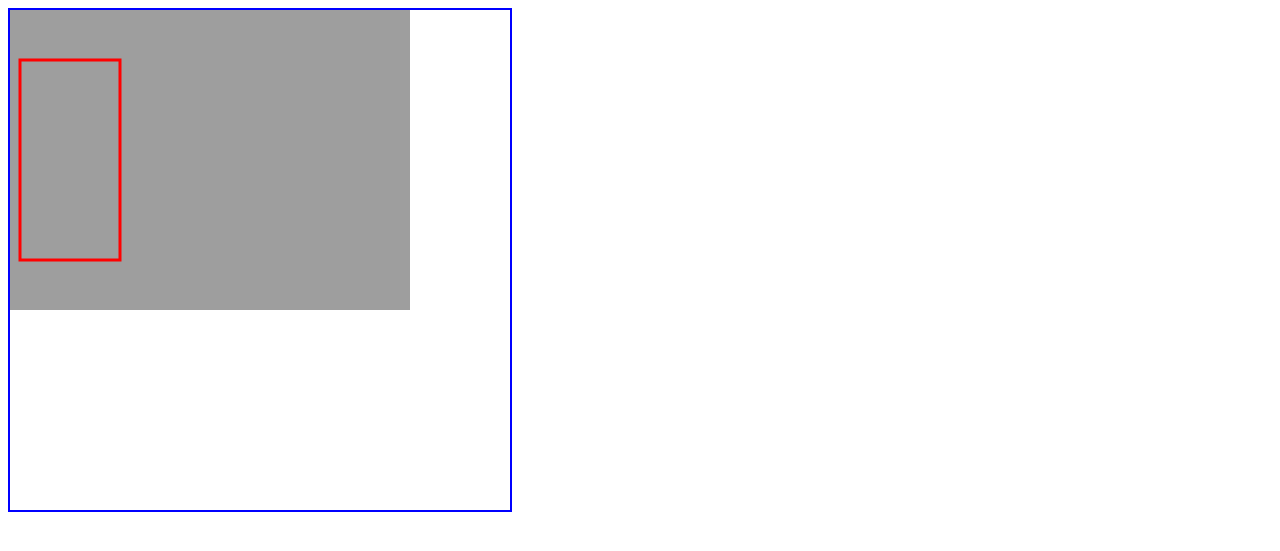
Repository: Backcoder-June/AI_Platform
Page: naverai/src/main/resources/static/cameratest.html
The author's editor kept a copy of each file at every save. The page is drawn from the files as they stood at one save, then again after the next save.
The browser window is 1280 px wide. The pictures show the whole page.

Above is the page before, as saved 2022-09-02 07:07:37.

### naverai/src/main/resources/static/cameratest.html
<!DOCTYPE html>
<html>
<head>
<meta charset="UTF-8">
<title>Insert title here</title>

<script src="js/jquery-3.6.0.min.js"></script>
<script>
$(document).ready(function(){
	var mycanvas = $("#mycanvas")[0];
	var mycontext = mycanvas.getContext("2d");

	var myimage = new Image();
	myimage.src = "http://localhost:8083/naverai/yuna1.png";
	myimage.onload = function(){
	mycontext.drawImage(myimage,0,0,myimage.width, myimage.height);
	mycontext.lineWidth = 3;
	mycontext.strokeStyle = "red";
	mycontext.strokeRect(10,50,100,200);
	}


});//ready

</script>


</head>
<body>

<canvas id="mycanvas" width=500 height=500 style="border:2px solid blue">
</canvas>


</body>
</html>

Loaded but not shown: naverai/src/main/resources/static/js/jquery-3.6.0.min.js (library)

After the next save:
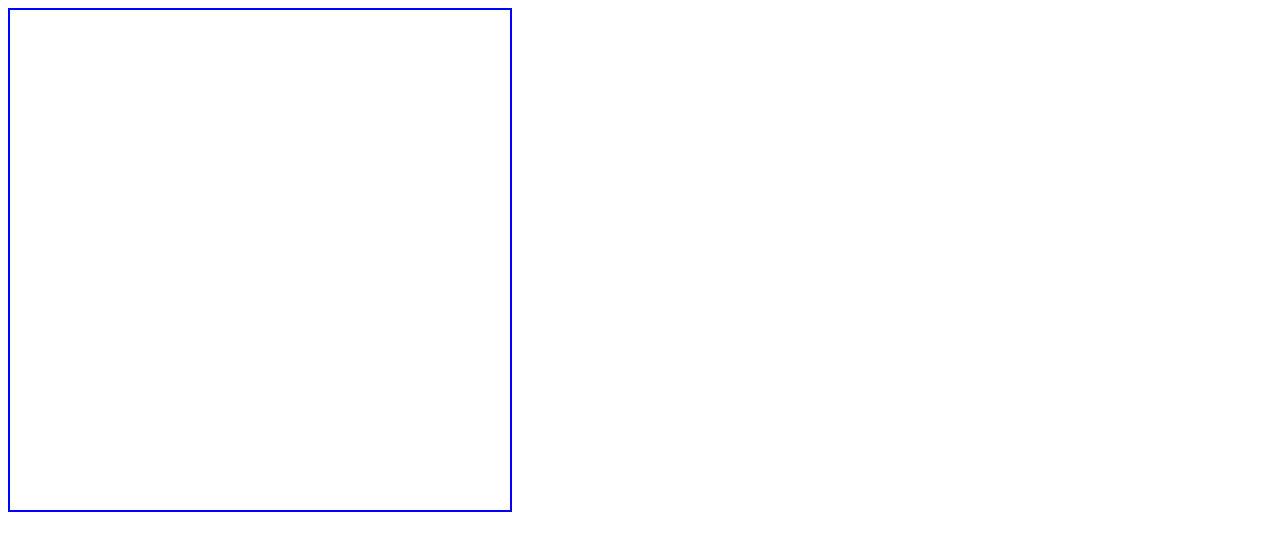
Console error: TypeError: mycanvas.getContext is not a function
Saved 10 s later.
--- a/naverai/src/main/resources/static/cameratest.html
+++ b/naverai/src/main/resources/static/cameratest.html
@@ -7,7 +7,7 @@
 <script src="js/jquery-3.6.0.min.js"></script>
 <script>
 $(document).ready(function(){
-	var mycanvas = $("#mycanvas")[0];
+	var mycanvas = $("#mycanvas");
 	var mycontext = mycanvas.getContext("2d");
 
 	var myimage = new Image();

After the save that followed:
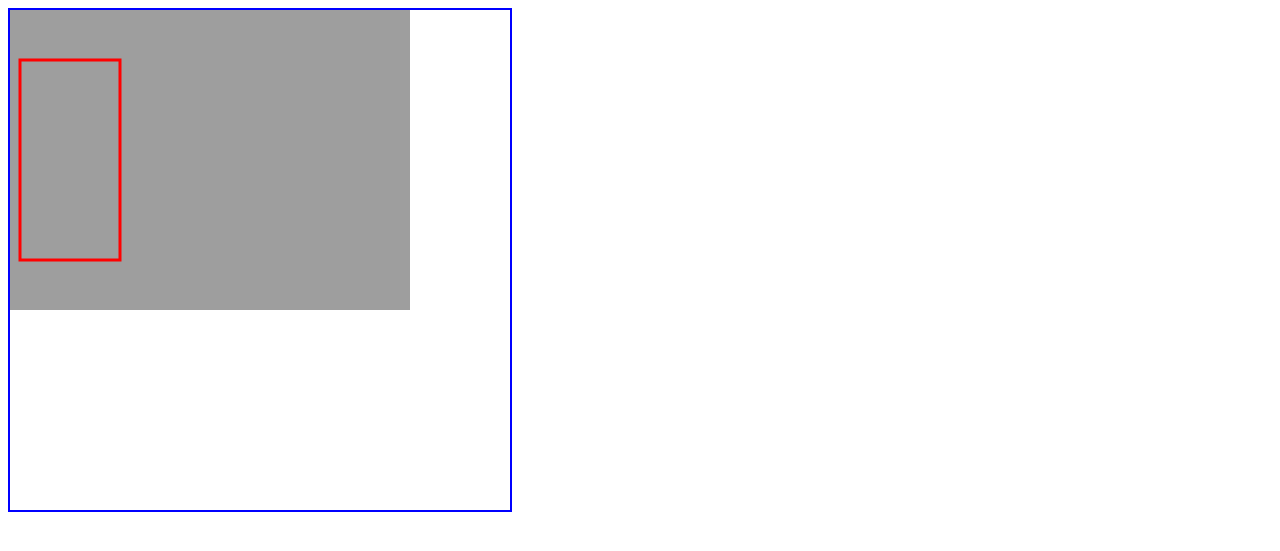
The error is gone.
Saved 22 s later.
--- a/naverai/src/main/resources/static/cameratest.html
+++ b/naverai/src/main/resources/static/cameratest.html
@@ -7,7 +7,7 @@
 <script src="js/jquery-3.6.0.min.js"></script>
 <script>
 $(document).ready(function(){
-	var mycanvas = $("#mycanvas");
+	var mycanvas = $("#mycanvas")[0];
 	var mycontext = mycanvas.getContext("2d");
 
 	var myimage = new Image();
